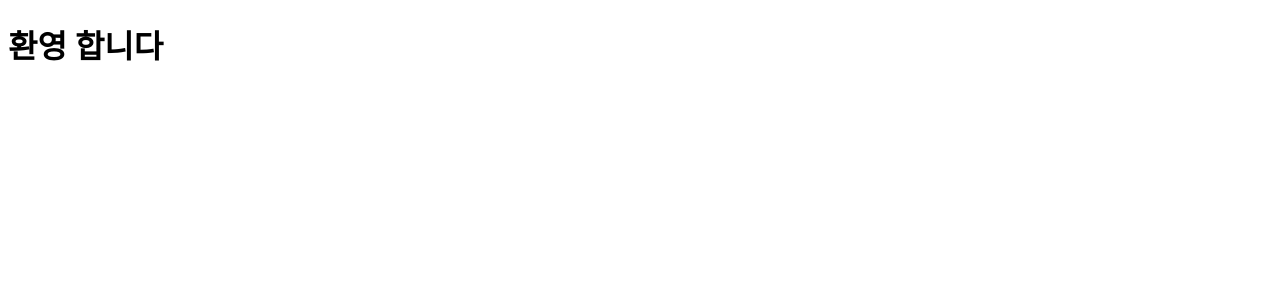
Repository: minjuleee/Server_study
Page: dev/web/src/main/webapp/index.html
These files come from the project's save history. The page is drawn as it stood at one moment and after the next save; the edit follows.
The browser window is 1280 px wide. The pictures show the whole page.

Above is the page before, as saved 2025-11-17 07:15:29.

After the next save:
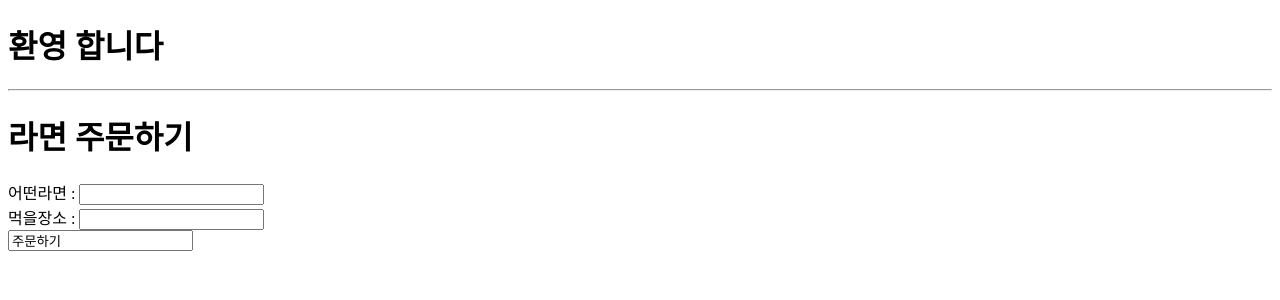
Saved 3 min 37 s later.
--- a/dev/web/src/main/webapp/index.html
+++ b/dev/web/src/main/webapp/index.html
@@ -6,5 +6,12 @@
 </head>
 <body>
 	<h1>환영 합니다</h1>
+	<hr>
+	<h1>라면 주문하기</h1>
+	<form action="/web/Order">
+		어떤라면 : <input type="text" name="ramen"><br>
+		먹을장소 : <input type="text" name="Loc"><br>
+		<input type="sumit" value="주문하기">
+	</form>
 </body>
 </html>
